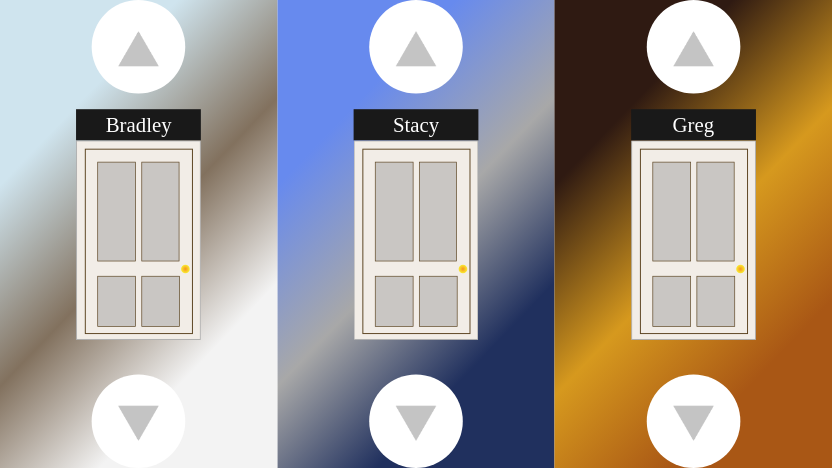
Repository: dnguyen130/HelpAHomieV3
Page: index.html
The author's editor kept a copy of each file at every save. The page is drawn from the files as they stood at one save, then again after the next save.
The browser window is 1280 px wide. The pictures show the whole page, at 65% of full size.
After loading, the first visible `div.home` was clicked once.

Above is the page before, as saved 2021-03-10 22:29:49.

After the next save:
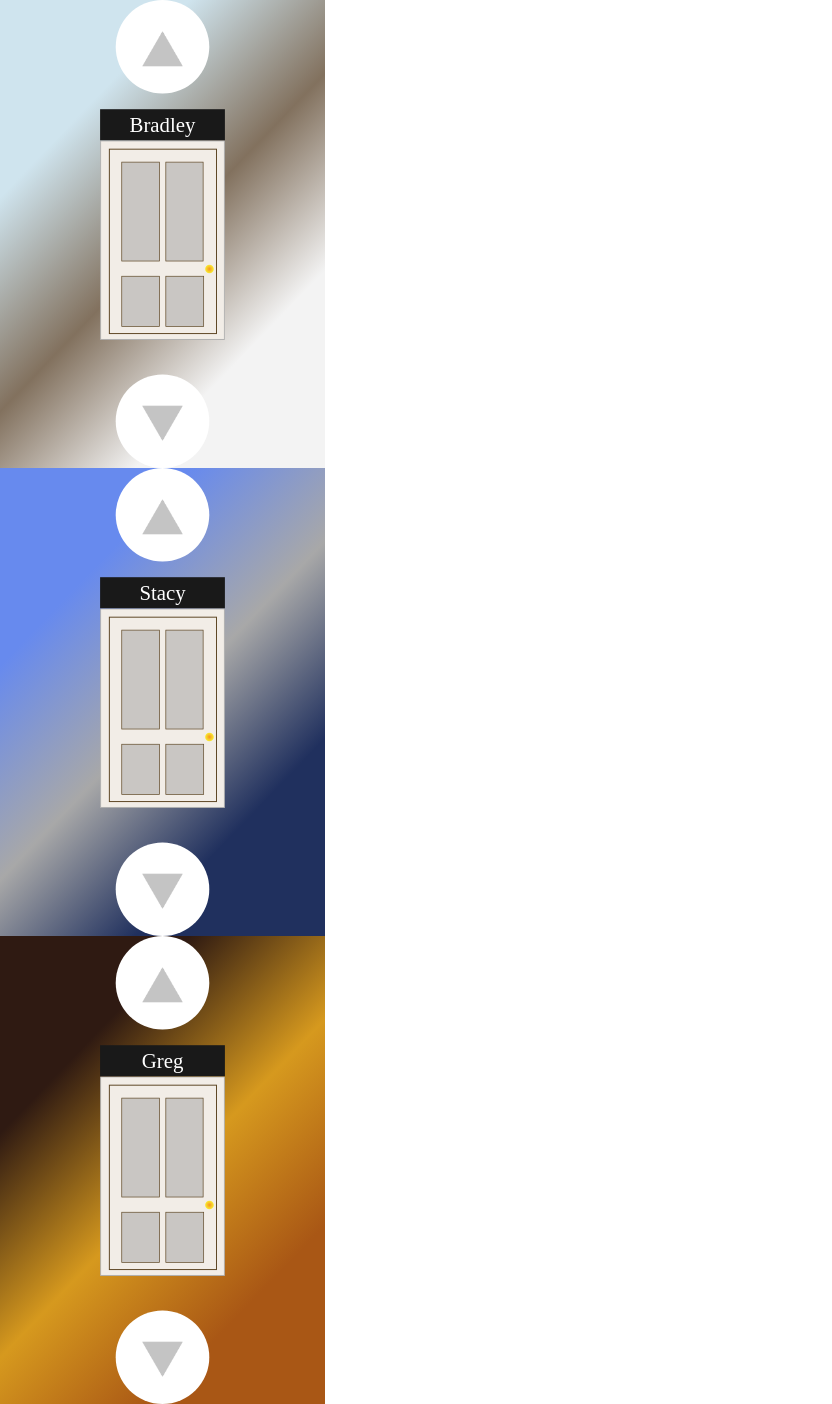
Saved 63 s later.
--- a/navigation.js
+++ b/navigation.js
@@ -1,6 +1,6 @@
 function HomeToDoors(){
     document.querySelector(".home").classList.add("none");
     document.querySelector(".home").classList.remove("flex");
-    document.querySelector(".door-container").classList.add("flex");
+    document.querySelector(".door-container").classList.add("block");
     document.querySelector(".door-container").classList.remove("none");
 }
